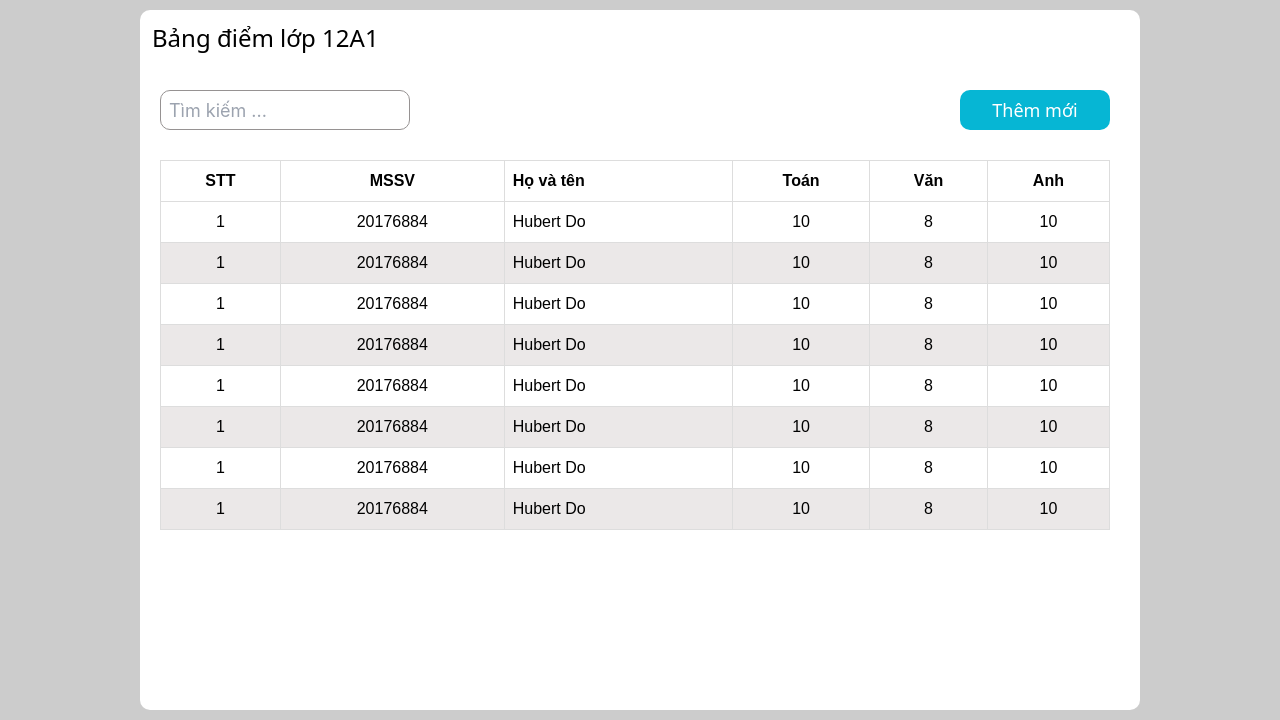
Repository: doducthuan/ReactJS-Movie
Page: /
An editor plug-in stored every save of this project. The page is shown before and after the next save, followed by the edit.
The browser window is 1280 px wide. The pictures show the whole page.
The project was rebuilt for these pictures with package versions that can differ from the ones it lists, and the page was loaded fresh each time. Also part of the build but not shown: src/App.css.

Above is the page before, as saved 2024-01-13 07:51:42.

After the next save:
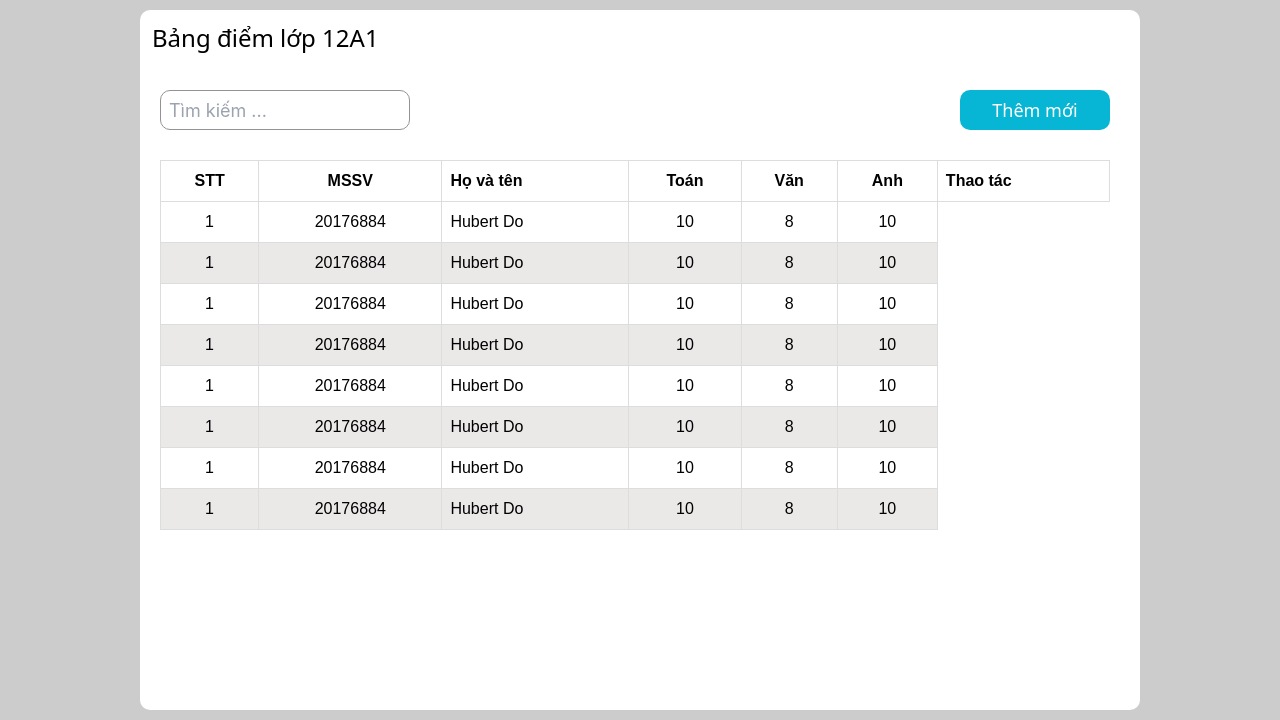
Saved 42 s later.
--- a/src/components/students/Students.js
+++ b/src/components/students/Students.js
@@ -34,6 +34,7 @@ const Students = () => {
                                                 {column.render('Header')}
                                             </th>
                                         ))}
+                                        <th>Thao tác</th>
                                     </tr>
                                 ))}
                             </thead>
